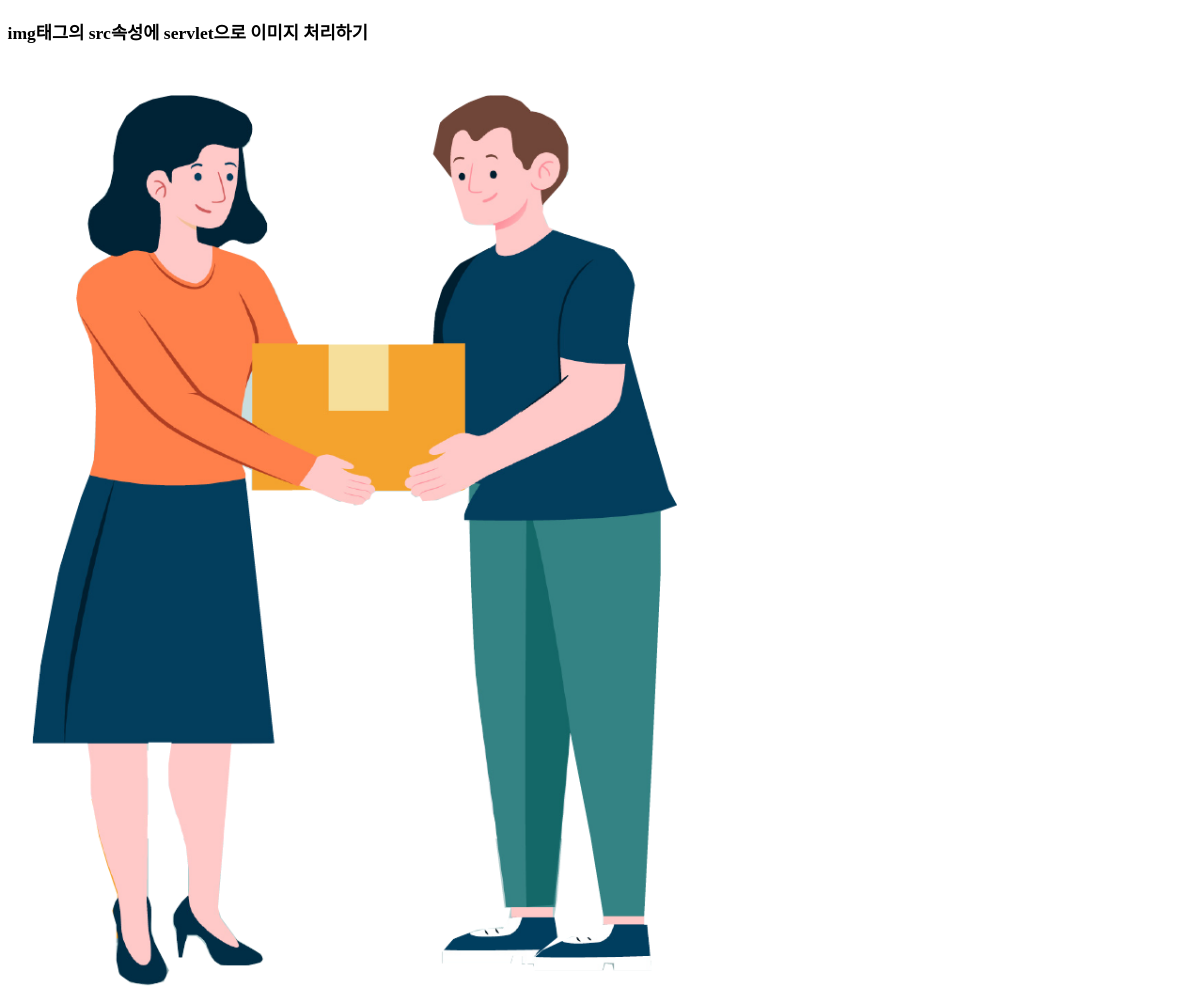
Repository: quswjdals1/highjava
Page: http://localhost/webTest/basic/fileupload/imageView.jsp
An editor plug-in stored every save of this project. The page is shown before and after the next save, followed by the edit.
The browser window is 1280 px wide. The pictures show the whole page, at 94% of full size.
The page is served by Tomcat 9.

Above is the page before, as saved 2023-04-05 00:10:39.

After the next save:
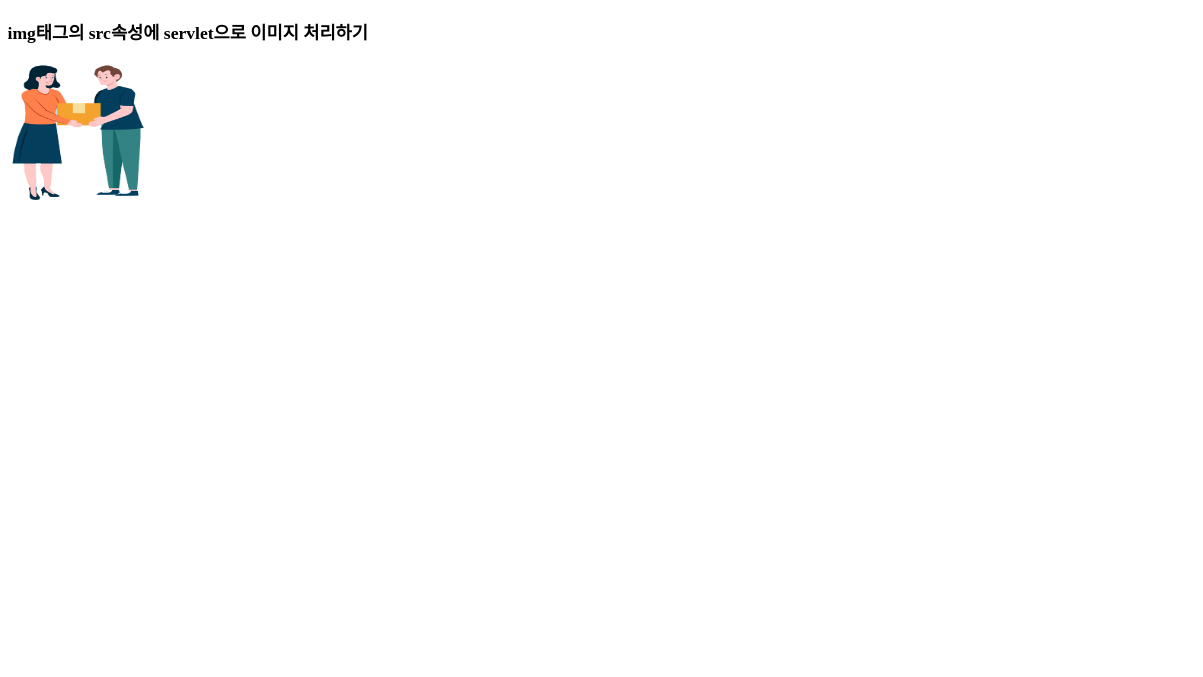
Saved 49 s later.
--- a/webTest/src/main/webapp/basic/fileupload/imageView.jsp
+++ b/webTest/src/main/webapp/basic/fileupload/imageView.jsp
@@ -5,6 +5,12 @@
 <head>
 <meta charset="UTF-8">
 <title>Insert title here</title>
+<style type="text/css">
+img{
+	width: 150px;
+	height: 150px;
+}
+</style>
 </head>
 <body>
 
